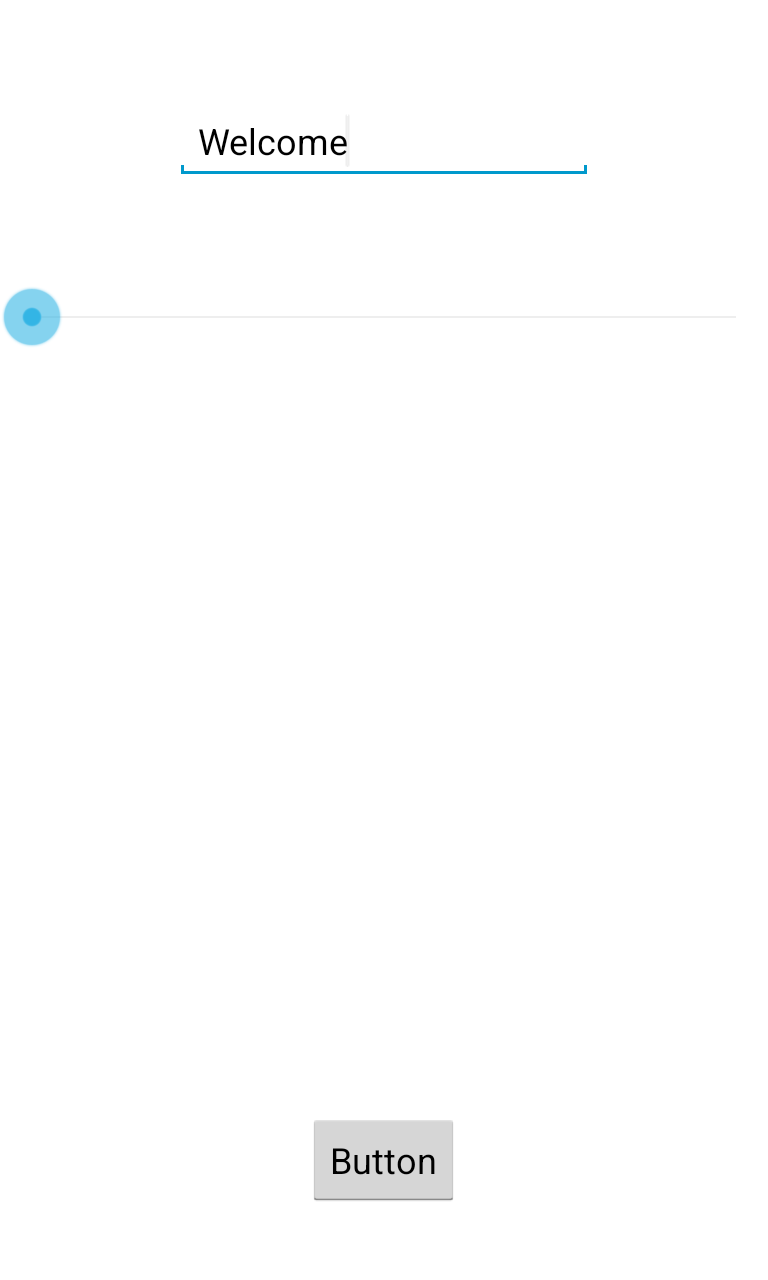
Repository: ujwalp15/Workshop_Apps
Layout: Pandora/Friction/res/layout/activity_main.xml
The author's editor kept a copy of each file at every save. The layout is drawn from the files as they stood at one save, then again after the next save.
It is drawn on a 768 x 1280 px phone screen (xhdpi) without system bars, with theme AppTheme; the app's code is not run.

Above is the layout before, as saved 2016-02-18 08:32:31.

After the next save:
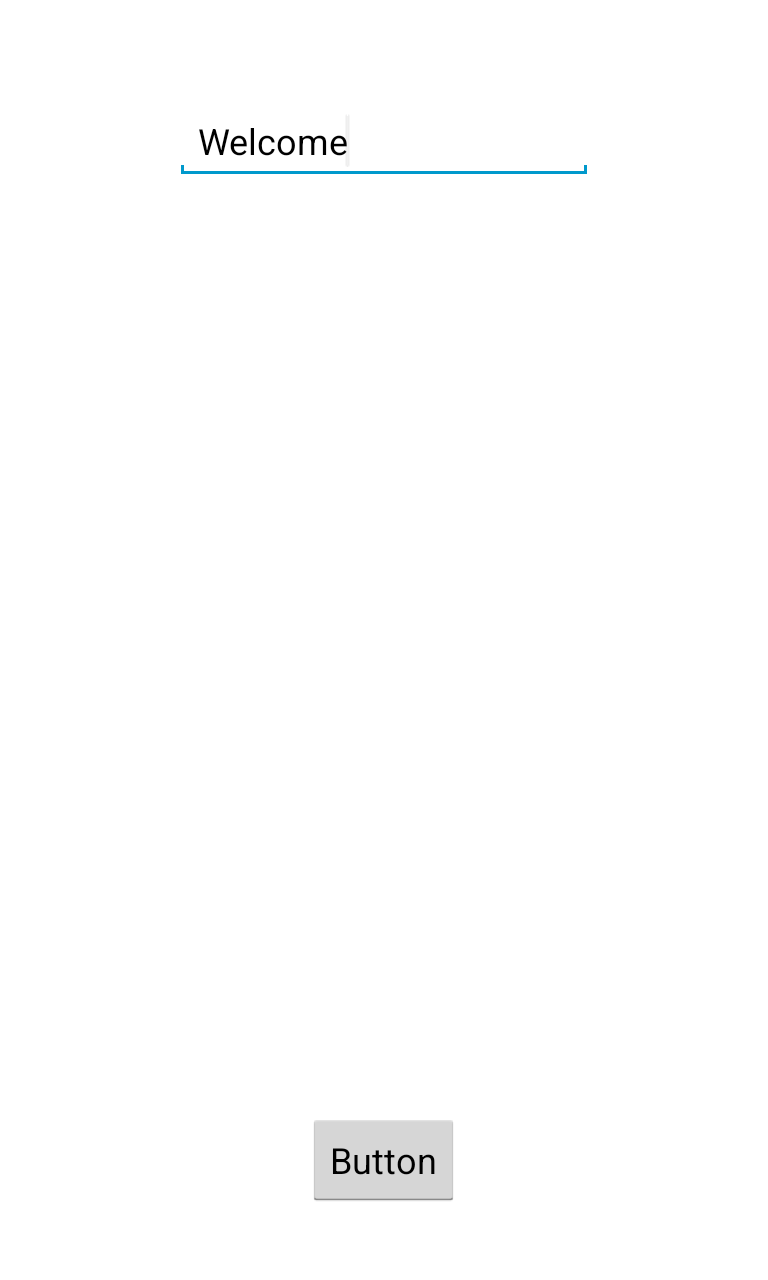
Saved 3 min 57 s later.
--- a/Pandora/Friction/res/layout/activity_main.xml
+++ b/Pandora/Friction/res/layout/activity_main.xml
@@ -26,12 +26,4 @@
         <requestFocus />
     </EditText>
 
-    <SeekBar
-        android:id="@+id/seekBar1"
-        android:layout_width="match_parent"
-        android:layout_height="wrap_content"
-        android:layout_alignParentLeft="true"
-        android:layout_below="@+id/editText1"
-        android:layout_marginTop="52dp" />
-
 </RelativeLayout>
